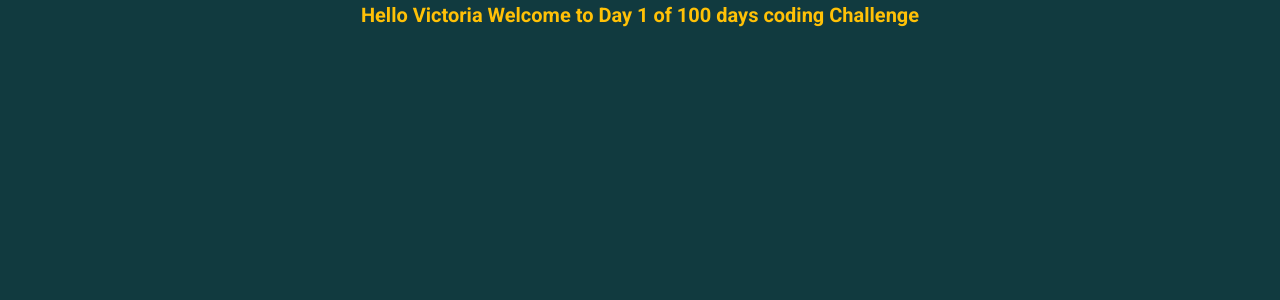
Repository: VickyJacob23/100DaysOfCoding
Page: day1/index.html
The author's editor kept a copy of each file at every save. The page is drawn from the files as they stood at one save, then again after the next save.
The browser window is 1280 px wide. The pictures show the whole page.

Above is the page before, as saved 2024-08-14 11:59:18.

After the next save:
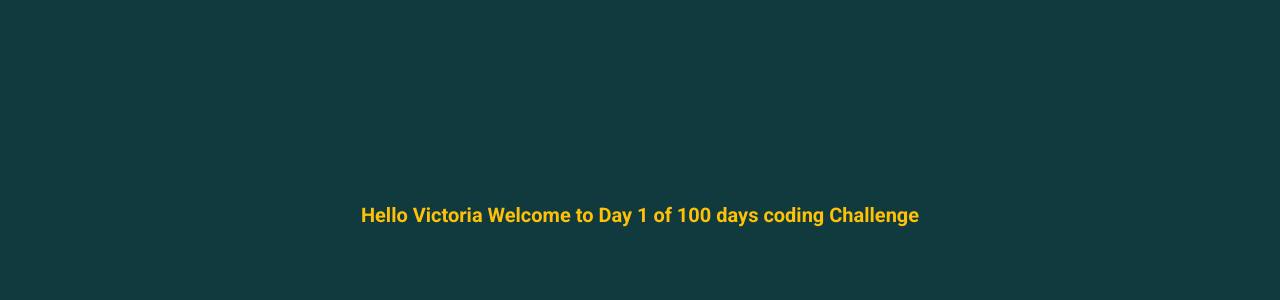
Saved 32 s later.
--- a/day1/style.css
+++ b/day1/style.css
@@ -6,5 +6,5 @@ body {
   display: flex;
   justify-content: center;
   align-items: center;
-  margin: auto;
+  margin: 10em auto;
 }
